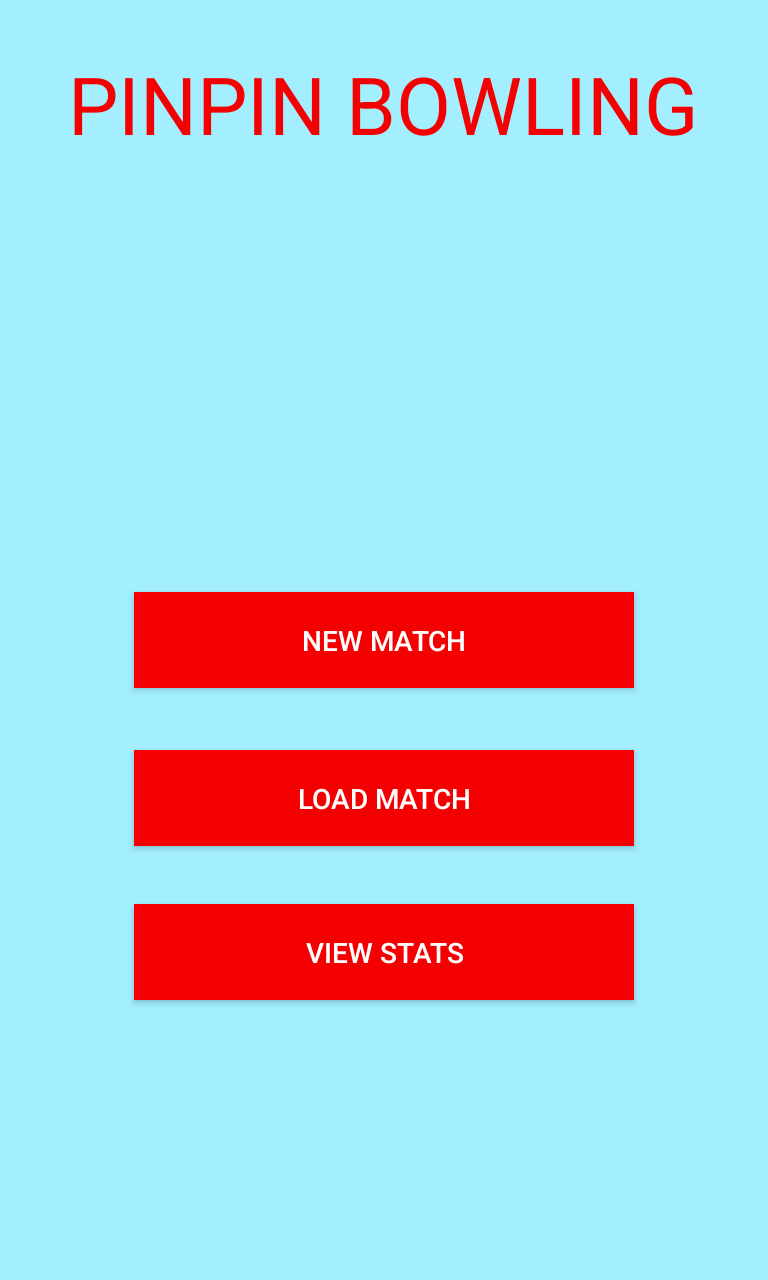
Repository: Atlaspud/TeamMasterE
Layout: BowlingGame/res/layout/main_menu_fragment.xml
The author's editor kept a copy of each file at every save. The layout is drawn from the files as they stood at one save, then again after the next save.
It is drawn on a 768 x 1280 px phone screen (xhdpi) without system bars, with theme AppTheme; the app's code is not run.

Above is the layout before, as saved 2014-10-11 01:45:06.

### BowlingGame/res/layout/main_menu_fragment.xml
<RelativeLayout xmlns:android="http://schemas.android.com/apk/res/android"
    xmlns:tools="http://schemas.android.com/tools"
    android:layout_width="match_parent"
    android:layout_height="match_parent"
    android:background="@color/light_blue"
    android:paddingBottom="@dimen/activity_vertical_margin"
    android:paddingLeft="@dimen/activity_horizontal_margin"
    android:paddingRight="@dimen/activity_horizontal_margin"
    android:paddingTop="@dimen/activity_vertical_margin"
    tools:context="au.edu.jcu.bowlinggame.MainActivity$PlaceholderFragment"
    tools:ignore="HardcodedText,SpUsage" >

    <TextView
        android:id="@+id/textView1"
        android:layout_width="wrap_content"
        android:layout_height="wrap_content"
        android:layout_alignParentTop="true"
        android:layout_centerHorizontal="true"
        android:layout_marginTop="9dp"
        android:text="PINPIN BOWLING"
        android:textAppearance="?android:attr/textAppearanceLarge"
        android:textColor="@color/red"
        android:textSize="40dp" />

    <Button
        android:id="@+id/button1"
        android:layout_width="250dp"
        android:layout_height="wrap_content"
        android:layout_centerHorizontal="true"
        android:layout_centerVertical="true"
        android:background="@drawable/custom_button"
        android:text="NEW MATCH"
        android:textColor="@color/white" />

    <Button
        android:id="@+id/Button01"
        android:layout_width="250dp"
        android:layout_height="wrap_content"
        android:layout_alignLeft="@+id/button1"
        android:layout_below="@+id/button1"
        android:layout_marginTop="31dp"
        android:background="@drawable/custom_button"
        android:text="LOAD MATCH"
        android:textColor="@color/white" />

    <Button
        android:id="@+id/Button02"
        android:layout_width="250dp"
        android:layout_height="wrap_content"
        android:layout_alignLeft="@+id/Button01"
        android:layout_below="@+id/Button01"
        android:layout_marginTop="29dp"
        android:background="@drawable/custom_button"
        android:text="VIEW STATS"
        android:textColor="@color/white" />

</RelativeLayout>

### BowlingGame/res/values/colours.xml
<?xml version="1.0" encoding="utf-8"?>
<resources>
    <color name="light_blue">#A3EFFF</color>
    <color name="red">#F40000</color>
    <color name="dark_red">#C90000</color>
    <color name="white">#FFFFFF</color>
</resources>

### BowlingGame/res/drawable-hdpi/custom_button.xml
<?xml version="1.0" encoding="utf-8"?>

<selector xmlns:android="http://schemas.android.com/apk/res/android" >
    <item android:state_pressed="true"
        android:drawable="@color/dark_red">
</item>

    <item android:drawable="@color/red">
</item>

</selector>

### BowlingGame/res/drawable-hdpi/button_shape.xml
<?xml version="1.0" encoding="utf-8"?>

<shape
    xmlns:android="http://schemas.android.com/apk/res/android" android:shape="oval" >
    <solid android:color="#ffcccc"/>
    <stroke android:width="2dp"
        	android:color="#ffffff"/>
</shape>

Loaded but not shown: BowlingGame/res/values/styles.xml (common file); BowlingGame/res/values-v11/styles.xml (common file); BowlingGame/res/values-v14/styles.xml (common file); BowlingGame/res/values/dimens.xml (common file); BowlingGame/res/values-w820dp/dimens.xml (common file)

After the next save:
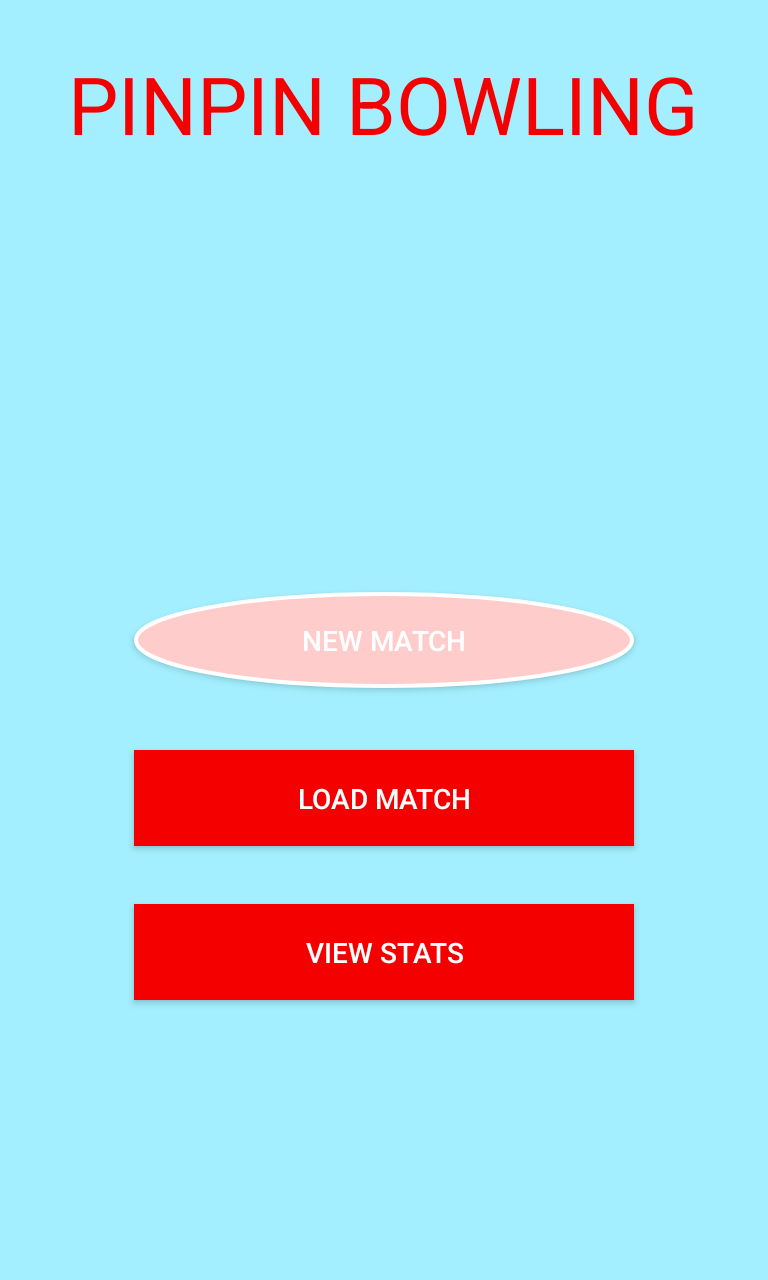
Saved 28 s later.
--- a/BowlingGame/res/layout/main_menu_fragment.xml
+++ b/BowlingGame/res/layout/main_menu_fragment.xml
@@ -28,7 +28,7 @@
         android:layout_height="wrap_content"
         android:layout_centerHorizontal="true"
         android:layout_centerVertical="true"
-        android:background="@drawable/custom_button"
+        android:background="@drawable/button_shape"
         android:text="NEW MATCH"
         android:textColor="@color/white" />
 
